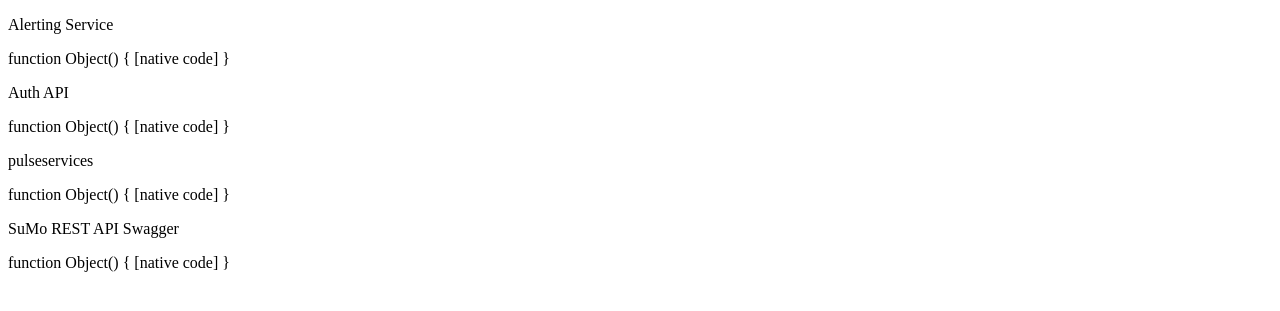
Repository: SavvasPistikos/gateway-config-ui
Page: /
The author's editor kept a copy of each file at every save. The page is drawn from the files as they stood at one save, then again after the next save.
The browser window is 1280 px wide. The pictures show the whole page.
The project was rebuilt for these pictures with package versions that can differ from the ones it lists, and the page was loaded fresh each time. Also part of the build but not shown: src/App.css.

Above is the page before, as saved 2020-06-01 17:29:36.

### src/App.js
import React from "react";
import SwaggerApiContainer from "./component/SwaggerApiContainer.js";
import "./App.css";

function App() {
  return <SwaggerApiContainer />;
}

export default App;

### src/component/SwaggerApiContainer.js
import React from "react";
import swaggerData from "./SwaggerData.js";
import auth from "../resourses/swagger/auth/v1.0/swagger.json";
import SwaggerApi from "./SwaggerApi.js";

class SwaggerApiContainer extends React.Component {
  render() {
    return Object.keys(swaggerData).map((api) => (
      <SwaggerApi api={swaggerData[api]} />
    ));
  }
}

export default SwaggerApiContainer;

### src/component/SwaggerData.js
import alerting from "../resourses/swagger/alerting/swagger.json";
import auth from "../resourses/swagger/auth/v1.0/swagger.json";
import pulse from "../resourses/swagger/pulse/swagger.json";
import sumo from "../resourses/swagger/sumo/swagger.json";

const swaggerData = {
  alerting: alerting,
  auth: auth,
  pulse: pulse,
  sumo: sumo,
};

export default swaggerData;

### src/component/SwaggerApi.js
import React from "react";

class SwaggerApi extends React.Component {
  render() {
    return (
      <div>
        <p>{this.props.api.info.title}</p>
        <p>{Object.toString(this.props.api.paths)}</p>
      </div>
    );
  }
}

export default SwaggerApi;

### src/resourses/swagger/alerting/swagger.json
{
  "swagger": "2.0",
  "info": {
    "description": "Spring REST Documentation with Swagger",
    "version": "1.5.3.0-SNAPSHOT",
    "title": "Alerting Service",
    "contact": {
      "name": "Intralot SA"
    },
    "license": {}
  },
  "host": "alerting.lh.app.osedev.l10.intralot.com:80",
  "basePath": "/",
  "tags": [
    {
      "name": "health-check-controller",
      "description": "Health Check Controller"
    },
    {
      "name": "instantalert",
      "description": "Instant Alert Controller that creates an alert"
    },
    {
      "name": "version-controller",
      "description": "Version Controller"
    },
    {
      "name": "executealertquery",
      "description": "Execute Alert Query in ElasticSearch"
    }
  ],
  "paths": {
    "/alerting/api/v1.0/executeAlertQuery/{id}": {
      "post": {
        "tags": [
          "executealertquery"
        ],
        "summary": "executeAlertQuery",
        "operationId": "executeAlertQueryUsingPOST",
        "consumes": [
          "application/json"
        ],
        "produces": [
          "application/json"
        ],
        "parameters": [
          {
            "name": "id",
            "in": "path",
            "description": "ALT_QUERY DB ID ",
            "required": true,
            "type": "string"
          },
          {
            "name": "Authorization",
            "in": "header",
            "required": false,
            "type": "string"
          },
          {
            "name": "GUID",
            "in": "header",
            "required": false,
            "type": "string"
          }
        ],
        "responses": {
          "200": {
            "description": "Success",
            "schema": {
              "$ref": "#/definitions/ResponseOutput"
            }
          },
          "201": {
            "description": "Created"
          },
          "400": {
            "description": "Bad Request",
            "schema": {
              "$ref": "#/definitions/ResponseOutput"
            }
          },
          "401": {
            "description": "Unauthorized",
            "schema": {
              "$ref": "#/definitions/ResponseOutput"
            }
          },
          "500": {
            "description": "Internal Server Error",
            "schema": {
              "$ref": "#/definitions/ResponseOutput"
            }
          },
          "403": {
            "description": "Forbidden"
          },
          "404": {
            "description": "Not Found",
            "schema": {
              "$ref": "#/definitions/ResponseOutput"
            }
          }
        }
      }
    },
    "/alerting/api/v1.0/instantAlert": {
      "post": {
        "tags": [
          "instantalert"
        ],
        "summary": "createAlert",
        "operationId": "createAlertUsingPOST",
        "consumes": [
          "application/json"
        ],
        "produces": [
          "application/json"
        ],
        "parameters": [
          {
            "in": "body",
            "name": "alertEvent",
            "description": "alertEvent",
            "required": true,
            "schema": {
              "$ref": "#/definitions/AlertEventInput"
            }
          },
          {
            "name": "Authorization",
            "in": "header",
            "required": false,
            "type": "string"
          },
          {
            "name": "GUID",
            "in": "header",
            "required": false,
            "type": "string"
          }
        ],
        "responses": {
          "200": {
            "description": "Success",
            "schema": {
              "$ref": "#/definitions/ResponseOutput"
            }
          },
          "201": {
            "description": "Created"
          },
          "400": {
            "description": "Bad Request",
            "schema": {
              "$ref": "#/definitions/ResponseOutput"
            }
          },
          "401": {
            "description": "Unauthorized",
            "schema": {
              "$ref": "#/definitions/ResponseOutput"
            }
          },
          "500": {
            "description": "Internal Server Error",
            "schema": {
              "$ref": "#/definitions/ResponseOutput"
            }
          },
          "403": {
            "description": "Forbidden"
          },
          "404": {
            "description": "Not Found",
            "schema": {
              "$ref": "#/definitions/ResponseOutput"
            }
          }
        }
      }
    },
    "/alerting/api/v1.0/instantAlert/{id}": {
      "post": {
        "tags": [
          "instantalert"
        ],
        "summary": "sendNotificationAlert",
        "operationId": "sendNotificationAlertUsingPOST",
        "consumes": [
          "application/json"
        ],
        "produces": [
          "application/json"
        ],
        "parameters": [
          {
            "name": "id",
            "in": "path",
            "description": "ALT_EVENT DB ID ",
            "required": true,
            "type": "string"
          },
          {
            "name": "Authorization",
            "in": "header",
            "required": false,
            "type": "string"
          },
          {
            "name": "GUID",
            "in": "header",
            "required": false,
            "type": "string"
          }
        ],
        "responses": {
          "200": {
            "description": "Success",
            "schema": {
              "$ref": "#/definitions/ResponseOutput"
            }
          },
          "201": {
            "description": "Created"
          },
          "400": {
            "description": "Bad Request",
            "schema": {
              "$ref": "#/definitions/ResponseOutput"
            }
          },
          "401": {
            "description": "Unauthorized",
            "schema": {
              "$ref": "#/definitions/ResponseOutput"
            }
          },
          "500": {
            "description": "Internal Server Error",
            "schema": {
              "$ref": "#/definitions/ResponseOutput"
            }
          },
          "403": {
            "description": "Forbidden"
          },
          "404": {
            "description": "Not Found",
            "schema": {
              "$ref": "#/definitions/ResponseOutput"
            }
          }
        }
      }
    },
    "/alerting/gtg": {
      "get": {
        "tags": [
          "health-check-controller"
        ],
        "summary": "goodToGo",
        "operationId": "goodToGoUsingGET",
        "consumes": [
          "application/json"
        ],
        "produces": [
          "*/*"
        ],
        "responses": {
          "200": {
            "description": "Success",
            "schema": {
              "type": "string"
            }
          },
          "401": {
            "description": "Unauthorized"
          },
          "403": {
            "description": "Forbidden"
          },
          "404": {
            "description": "Not Found"
          }
        }
      }
    },
    "/alerting/health": {
      "get": {
        "tags": [
          "health-check-controller"
        ],
        "summary": "getHealthStatus",
        "operationId": "getHealthStatusUsingGET",
        "consumes": [
          "application/json"
        ],
        "produces": [
          "application/json"
        ],
        "responses": {
          "200": {
            "description": "Success",
            "schema": {
              "$ref": "#/definitions/HealthDTO"
            }
          },
          "401": {
            "description": "Unauthorized"
          },
          "403": {
            "description": "Forbidden"
          },
          "404": {
            "description": "Not Found"
          }
        }
      }
    },
    "/alerting/metrics": {
      "get": {
        "tags": [
          "health-check-controller"
        ],
        "summary": "metrics",
        "operationId": "metricsUsingGET",
        "consumes": [
          "application/json"
        ],
        "produces": [
          "application/json"
        ],
        "responses": {
          "200": {
            "description": "Success",
            "schema": {
              "$ref": "#/definitions/Metrics"
            }
          },
          "401": {
            "description": "Unauthorized"
          },
          "403": {
            "description": "Forbidden"
          },
          "404": {
            "description": "Not Found"
          }
        }
      }
    },
    "/alerting/response_log/{items}": {
      "get": {
        "tags": [
          "health-check-controller"
        ],
        "summary": "responseLog",
        "operationId": "responseLogUsingGET",
        "consumes": [
          "application/json"
        ],
        "produces": [
          "application/json"
        ],
        "parameters": [
          {
            "name": "items",
            "in": "path",
            "description": "items",
            "required": true,
            "type": "string"
          }
        ],
        "responses": {
          "200": {
            "description": "Success",
            "schema": {
              "$ref": "#/definitions/Log"
            }
          },
          "401": {
            "description": "Unauthorized"
          },
          "403": {
            "description": "Forbidden"
          },
          "404": {
            "description": "Not Found"
          }
        }
      }
    },
    "/alerting/version": {
      "get": {
        "tags": [
          "version-controller"
        ],
        "summary": "configurationChange",
        "operationId": "configurationChangeUsingGET",
        "consumes": [
          "application/json"
        ],
        "produces": [
          "application/json"
        ],
        "responses": {
          "200": {
            "description": "OK",
            "schema": {
              "type": "string"
            }
          },
          "401": {
            "description": "Unauthorized"
          },
          "403": {
            "description": "Forbidden"
          },
          "404": {
            "description": "Not Found"
          }
        }
      }
    }
  },
  "definitions": {
    "EvictingQueue«ResponseLog»": {},
    "Metrics": {
      "properties": {
        "builtWhen": {
          "type": "string"
        },
        "compilerVersion": {
          "type": "string"
        },
        "gitSHa1": {
          "type": "string"
        },
        "machineName": {
          "type": "string"
        },
        "osname": {
          "type": "string"
        },
        "osversion": {
          "type": "string"
        },
        "requestCount": {
          "type": "integer",
          "format": "int32"
        },
        "responseCount": {
          "type": "integer",
          "format": "int32"
        },
        "responseErrorCount": {
          "type": "integer",
          "format": "int32"
        },
        "rqp": {
          "type": "integer",
          "format": "int32"
        },
        "serviceTime": {
          "type": "integer",
          "format": "int64"
        },
        "statistics": {
          "type": "array",
          "items": {
            "$ref": "#/definitions/MethodMetrics"
          }
        },
        "upSince": {
          "type": "string"
        }
      }
    },
    "HealthDTO": {
      "properties": {
        "dependentService": {
          "type": "array",
          "items": {
            "type": "string"
          }
        },
        "machineName": {
          "type": "string"
        },
        "notes": {
          "type": "string"
        },
        "result": {
          "type": "string"
        },
        "serviceName": {
          "type": "string"
        },
        "serviceTime": {
          "type": "integer",
          "format": "int64"
        }
      }
    },
    "Map«string,string»": {
      "type": "object",
      "additionalProperties": {
        "type": "string"
      }
    },
    "Log": {
      "properties": {
        "responseLog": {
          "$ref": "#/definitions/EvictingQueue«ResponseLog»"
        }
      }
    },
    "AlertEventInput": {
      "required": [
        "criticality",
        "description",
        "name",
        "origin"
      ],
      "properties": {
        "ack": {
          "type": "boolean",
          "description": "Check if alert is acknowledged"
        },
        "alertType": {
          "type": "integer",
          "format": "int32",
          "description": "Alert raised with an alertType"
        },
        "alertTypeName": {
          "type": "string",
          "description": "Alert raised with an alertType Name, optioannly used instead of alert Type Id"
        },
        "criticality": {
          "type": "integer",
          "format": "int32",
          "description": "Alert raised with a criticality"
        },
        "dataElements": {
          "type": "object",
          "description": "Alert raised with dataElements",
          "additionalProperties": {
            "type": "string"
          }
        },
        "description": {
          "type": "string",
          "description": "The description of the instant alert"
        },
        "name": {
          "type": "string",
          "description": "The name of the instant alert"
        },
        "notification": {
          "type": "integer",
          "format": "int32",
          "description": "Alert raised with a notification"
        },
        "origin": {
          "type": "string",
          "description": "External system that called alerting api"
        },
        "recipients": {
          "type": "string",
          "description": "Alert raised with recipients"
        }
      }
    },
    "ResponseOutput": {
      "required": [
        "code",
        "guid",
        "message"
      ],
      "properties": {
        "code": {
          "type": "integer",
          "format": "int32",
          "description": "Response Code"
        },
        "data": {
          "type": "string",
          "description": "Response data"
        },
        "detail": {
          "type": "string",
          "description": "Response detail. Usually used in erroneous cases"
        },
        "guid": {
          "type": "string",
          "description": "Unique GUID as generated from the Message Originator"
        },
        "message": {
          "type": "string",
          "description": "Response Message"
        },
        "source": {
          "type": "string",
          "description": "Response source"
        },
        "type": {
          "type": "string",
          "description": "Response Type"
        }
      }
    },
    "MethodMetrics": {
      "properties": {
        "aet": {
          "type": "number",
          "format": "double"
        },
        "highResponseTime": {
          "type": "number",
          "format": "double"
        },
        "lowResponseTime": {
          "type": "number",
          "format": "double"
        },
        "name": {
          "type": "string"
        },
        "requestCount": {
          "type": "integer",
          "format": "int32"
        },
        "responseCount": {
          "type": "integer",
          "format": "int32"
        },
        "responseErrorCount": {
          "type": "integer",
          "format": "int32"
        }
      }
    },
    "ResponseLog": {
      "properties": {
        "errorCode": {
          "type": "integer",
          "format": "int64"
        },
        "notes": {
          "type": "string"
        }
      }
    }
  }
}

Loaded but not shown: public/index.html (common file); src/index.js (common file); src/serviceWorker.js (common file); src/resourses/swagger/auth/v1.0/swagger.json (4757 lines, source omitted); src/resourses/swagger/sumo/swagger.json (3746 lines, source omitted); src/resourses/swagger/pulse/swagger.json (3619 lines, source omitted)

After the next save:
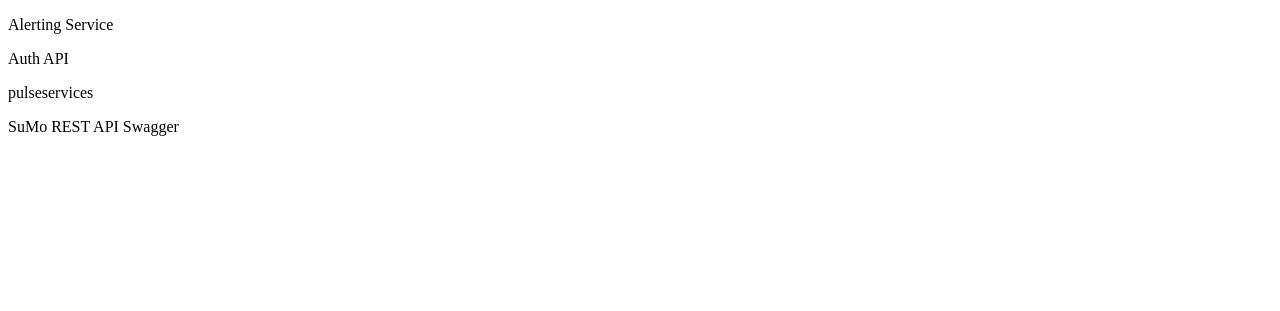
Saved 3 min 9 s later.
--- a/src/component/SwaggerApi.js
+++ b/src/component/SwaggerApi.js
@@ -2,10 +2,10 @@
 
 class SwaggerApi extends React.Component {
   render() {
+    console.log(Object.keys(this.props.api.paths));
     return (
       <div>
         <p>{this.props.api.info.title}</p>
-        <p>{Object.toString(this.props.api.paths)}</p>
       </div>
     );
   }
